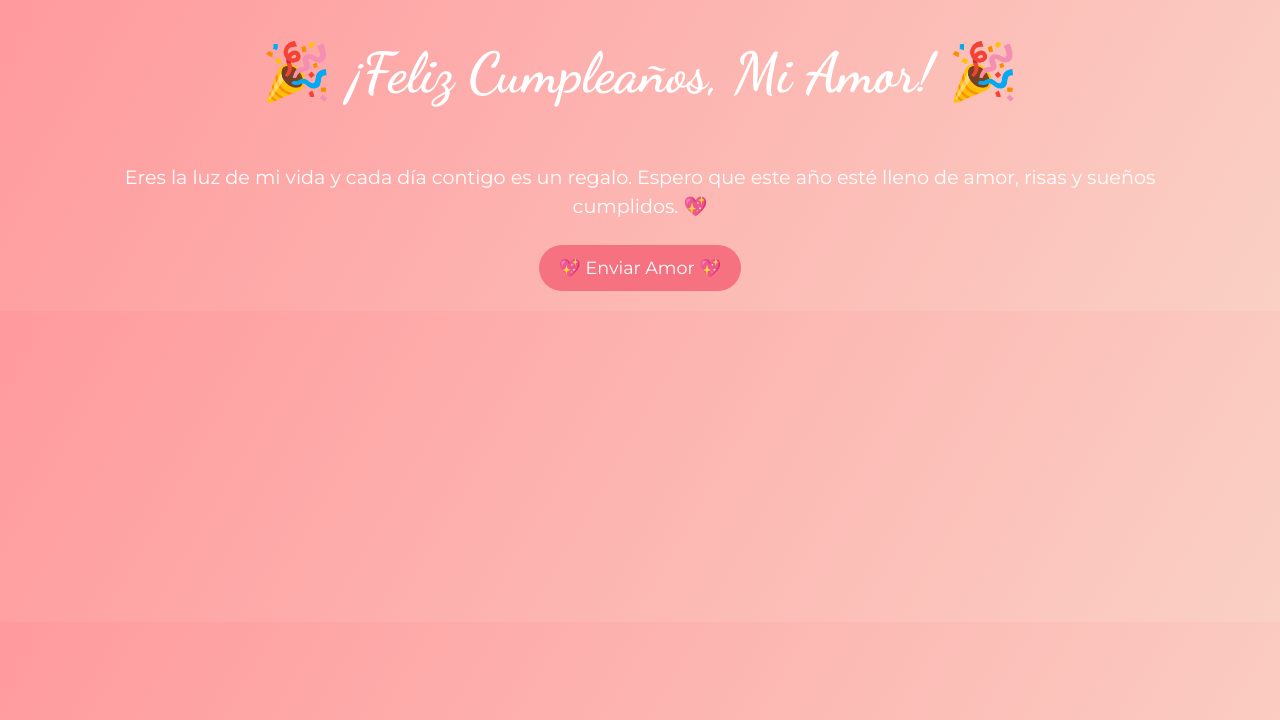
Repository: Jchimbo99/Esposa
Page: index.html
These files come from the project's save history. The page is drawn as it stood at one moment and after a run of saves; the edit follows.
The browser window is 1280 px wide. The pictures show the whole page.

Above is the page before, as saved 2025-01-24 09:25:56.

After the next 2 saves:
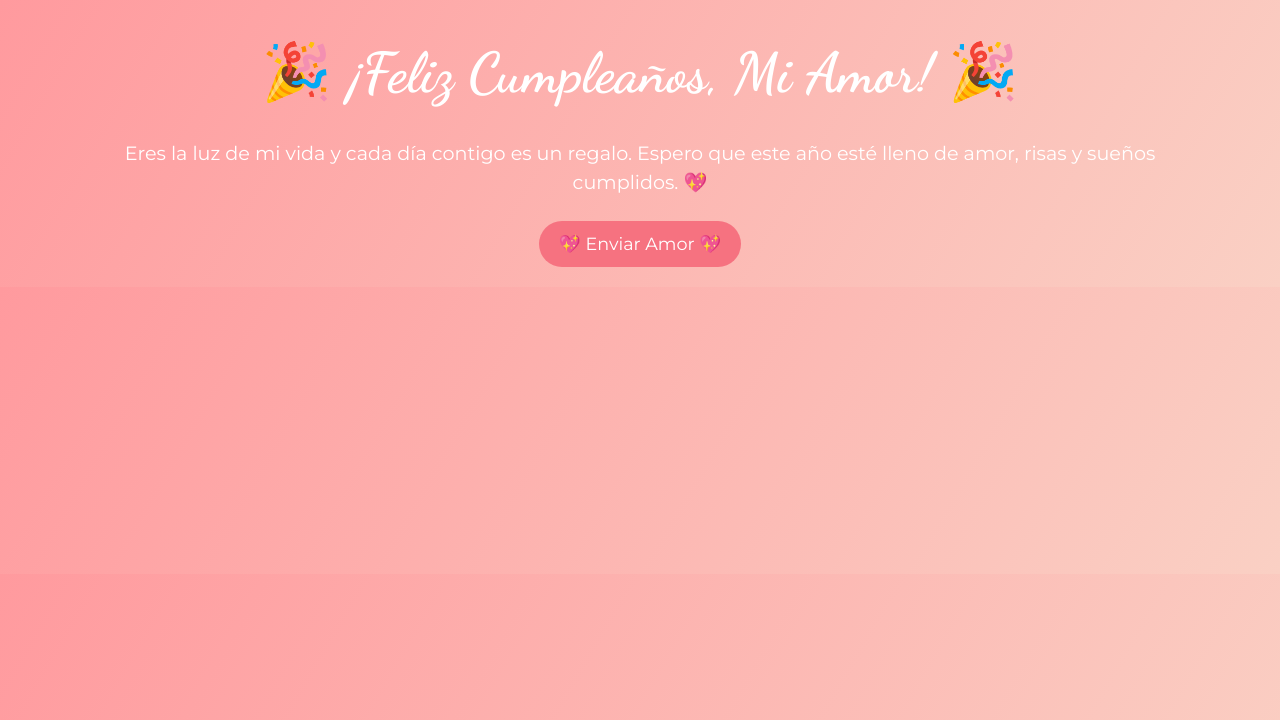
The 2 saves are shown as one change because they came seconds apart.
The last was saved 10 s later.
--- a/index.html
+++ b/index.html
@@ -67,7 +67,8 @@
 <body>
     <div class="container">
         <h1>🎉 ¡Feliz Cumpleaños, Mi Amor! 🎉</h1>
-        <BR></BR>
+        <br>
+
         <p>Eres la luz de mi vida y cada día contigo es un regalo. Espero que este año esté lleno de amor, risas y sueños cumplidos. 💖</p>
         <div class="mt-4">
             <button class="btn btn-custom" onclick="generateHearts()">💖 Enviar Amor 💖</button>
